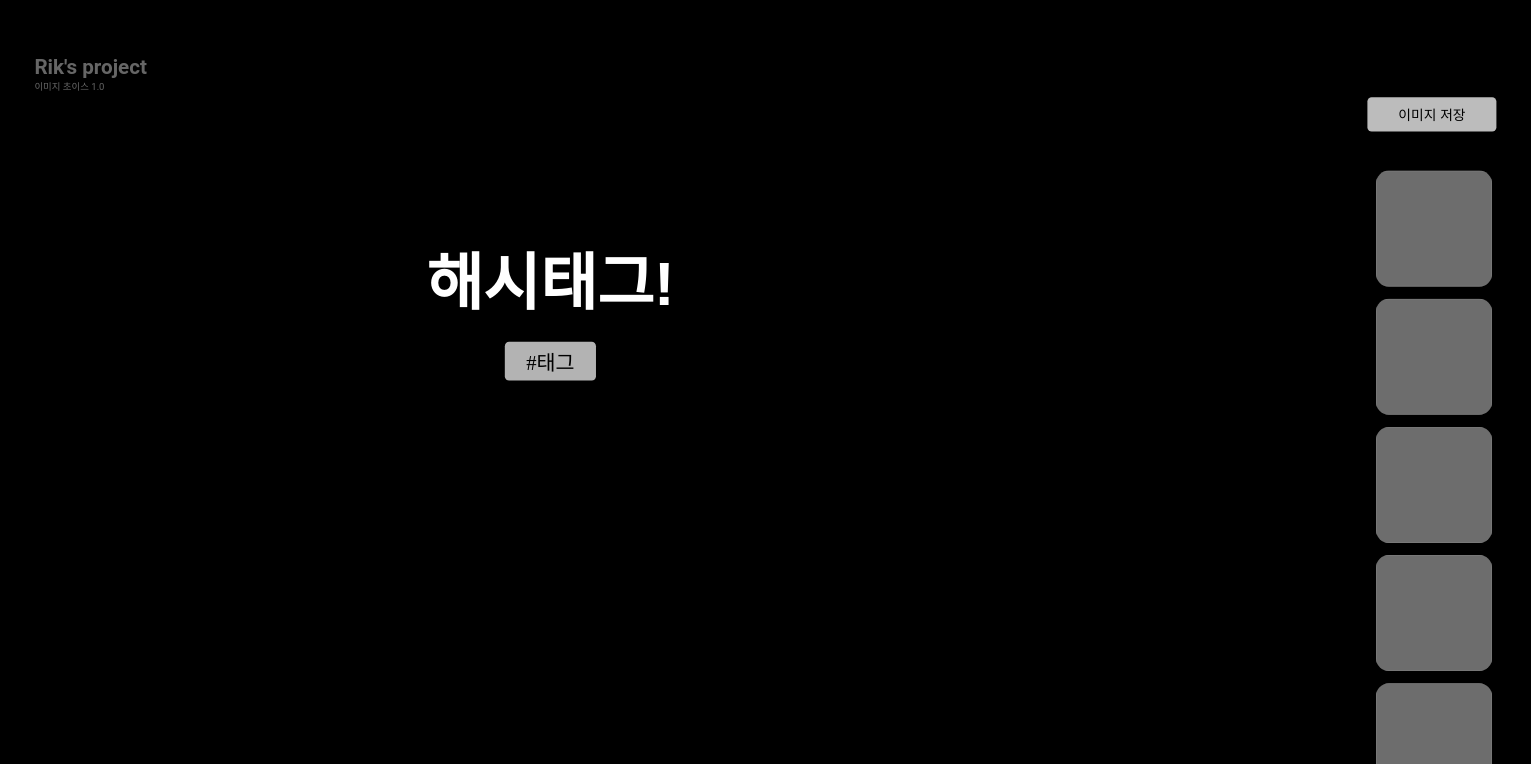
Repository: YoonJoowon/ImageTagPrinter
Page: public/index.html
An editor plug-in stored every save of this project. The page is shown before and after the next save, followed by the edit.
The browser window is 1280 px wide. The page is 1780 px wide, so the pictures cover 1780 px, including what lies to the right of the window. The pictures show the whole page, at 86% of full size.
An inner scrolling area shows only its first screen.

Above is the page before, as saved 2023-05-23 15:39:21.

### public/index.html
<!DOCTYPE html>
<html lang="en">

<head>
  <meta charset="UTF-8">
  <meta http-equiv="X-UA-Compatible" content="IE=edge">
  <meta name="viewport" content="width=device-width, initial-scale=1.0">

  <link rel="preconnect" href="https://fonts.googleapis.com">
  <link rel="preconnect" href="https://fonts.gstatic.com" crossorigin>
  <link href="https://fonts.googleapis.com/css2?family=Libre+Baskerville:ital,wght@0,400;0,700;1,400&display=swap" rel="stylesheet">
  <link rel="stylesheet" href="../src/index.css">
  <script defer src="App.js"></script>

  <link rel="shortcut icon" href="img/favicon.ico" type="image/x-icon">
  <link rel="icon" href="img/favicon.ico" type="image/x-icon">
  <title>검색어를 입력해보세요!</title>
</head>

<section class="wrapper">
  <header>
      <div>
        <a href="https://github.com/YoonJoowon" target="_blank">
          <h1>Rik's project</h1>
          <p>이미지 초이스 1.0</p>
        </a>
      </div>
      <div class="master__panel">
        <button class="btn" id="export">이미지 저장</button>
      </div>
  </header>
</section>

<section class="bar">
  <div class="imgBack"></div>

  <div class="scrollbar">
      <div class="images">
        <img class="image1" onclick="changeBackground(this)">
        <img class="image2" onclick="changeBackground(this)">
        <img class="image3" onclick="changeBackground(this)">
        <img class="image4" onclick="changeBackground(this)">
        <img class="image5" onclick="changeBackground(this)">
        <img class="image6" onclick="changeBackground(this)">
        <img class="image7" onclick="changeBackground(this)">
        <img class="image8" onclick="changeBackground(this)">
        <img class="image9" onclick="changeBackground(this)">
        <img class="image10" onclick="changeBackground(this)">
        <img class="image11" onclick="changeBackground(this)">
      </div>
  </div>
</section>

<body>
  <section class="container">
    <input type="text" class="addTag"  placeholder="해시태그!" >
    <section class="container_tag">
      <!-- container__tag 이거랑 addEventListner랑 관련 있음  -->
      <article class="tag" data-keyword="">
          #태그
    </section>
  </section>
</body>

  <script>
    function changeBackground(imageElement) {
      const imageUrl = imageElement.src;
      document.body.style.backgroundImage = `url(${imageUrl})`;
  }
  </script>
</html>

### src/index.css
* {
  margin: 0;
  padding: 0;
  box-sizing: border-box;
}

a {
  text-decoration: none;
  color: #fff;
}

/* HEADER */

header {
  padding-top: 64px;
  margin-bottom: 35px;
  width: 100%;
  font-family: 'Roboto', sans-serif;
  position: relative;
}

header h1 {
  font-size: 24px;
  color: #ffff;
  margin-left: 40px;
  opacity: 0.4;
  cursor: pointer;
}

header p {
  font-size: 11px;
  color: #ffff;
  margin-left: 40px;
  opacity: 0.4;
  cursor: pointer;
}

header .author {
  position: relative;
  margin-top: 58px;
  height: 48px;
}

header .author img {
  height: 48px;
  border-radius: 50%;
}

header .author .user {
  position: absolute;
  top: 50%;
  left: 65px;
  transform: translateY(-50%);
  font-size: 16px;
  font-weight: 600;

}


  /* BTN */

  .btn {
    width: 150px;
    height: 40px;
    margin-left: 1590px;
    margin-top: 5px;
    border-radius: 5px;
    border: none;
    background-color: #ebebeb;
    opacity: 0.8;
    color: rgb(0, 0, 0);
    font-size: 16px;
    font-weight: 400;
    cursor: pointer;
    transition: background-color 0.2s ease, color 0.2s ease, opacity 0.4s ease, transform 0.4s ease;
    /* float: right; */
  }

  .btn:active {
    transform: scale(1.2);
    opacity: 0.2;
  }
  .btn:hover {
    background-color: rgba(112, 215, 148, 0.7);
    color: #fff;
  }

  /* BACKGROUND */

  .background__btns {
    margin-top: 20px;
    border-top: 1px solid #cacaca;
  }



/* 추가 이미지 */
.bar{
  display: flex;
  position: relative;
}


.scrollbar {
  overflow: auto;
  scroll-margin-top: 00px;
  height: 700px;
  width: 1780px;
  scroll-behavior: smooth;
  opacity: 0.8;
  position: absolute;

}

.scrollbar::-webkit-scrollbar {
  width: 12px;
}

/* Handle */
.scrollbar::-webkit-scrollbar-thumb {
  background: #dcdcdc;
  border-radius: 10px;
}

/* Handle on hover */
.scrollbar::-webkit-scrollbar-thumb:hover {
  background: #8c8c8c;
}


.imgBack{
  width: 170px;
  height: 700px;
  opacity: 0.8;

  border-radius: 20px;
  margin-left: 1582px;
  background-color: #ffffff;
}

img {
  width: 135px;
  height: 135px;
  object-fit: cover;
  margin-right: 20px;
  margin-top: 10px;
  opacity: 0.8;

  cursor: pointer;
  border-radius: 15px;
  background-color: #acacac;
}

.images{
  width: 150px;
  margin-left: 1600px;
}

.images :hover{
  transform: scale(1.1);
  /* ease 부드럽게  transform 변형*/
  /* - 구형브라우저도 동작하기위해 필요 */
  transition: transform 0.3s ease;
  -webkit-transition: transform 0.3s ease;
  -moz-transition: transform 0.3s ease;
  -ms-transition: transform 0.3s ease;
  -o-transition: transform 0.3s ease;
  /* transform: translateY(-35px);
  -webkit-transform: translateX(-35px);
  -moz-transform: translateX(-35px);
  -ms-transform: translateX(-35px);
  -o-transform: translateX(-35px); */
}


/* body */
body {
  position: relative;
  background-color: #000000;
  height: 100vh;
  background-size: cover;
  background-repeat: no-repeat;
  background-position: center;
  /* font-family: 'Libre Baskerville', serif; */
}

.addTag {
  position: relative;
  border: none;
  width: 800px;
  height: 120px;
  text-align: center;
  font-size: 72px;
  /* font-style: ; */
  padding: 0 30px;
  font-weight: 700;
  background: transparent;
  color: #fff;
  text-shadow: 0 1px 6px rgba(0,0,0,0.5);
  font-family: Arial, Helvetica, sans-serif, cursive;
}


input.addTag::placeholder {
  color: #fff;
}

input.addTag::-moz-placeholder,
input.addTag::-webkit-input-placeholder {
  color: #fff;
}

.addTag:focus {
  outline: none;
}


.container {
  position: absolute;
  top: 50%;
  left: 50%;
  padding: 30px 0;
  width: 800px;
  text-align: center;
  border-radius: 15px;
  -webkit-border-radius: 15px;
  -moz-border-radius: 15px;
  -ms-border-radius: 15px;
  -o-border-radius: 15px;
  transform: translate(-50%, -50%);
  -webkit-transform: translate(-50%, -50%);
  -moz-transform: translate(-50%, -50%);
  -ms-transform: translate(-50%, -50%);
  -o-transform: translate(-50%, -50%);
}

.container__tag {
  margin-top: 30px;
}

.tag {
  color: #000;
  display: inline-block;
  cursor: pointer;
  font-size: 24px;
  font-weight: 500;
  background-color: rgba(255,255,255,0.7);
  margin: 8px 4px;
  padding: 5px 25px;
  border-radius: 5px;
  -webkit-border-radius: 5px;
  -moz-border-radius: 5px;
  -ms-border-radius: 5px;
  -o-border-radius: 5px;
  transition: transform 0.3s ease;
  -webkit-transition: transform 0.3s ease;
  -moz-transition: transform 0.3s ease;
  -ms-transition: transform 0.3s ease;
  -o-transition: transform 0.3s ease;
}

.tag:hover {
  color: #fff;
  opacity: 0.8;
  transform: translateY(-5px);
  -webkit-transform: translateY(-5px);
  -moz-transform: translateY(-5px);
  -ms-transform: translateY(-5px);
  -o-transform: translateY(-5px);
  background-color: rgba(112, 215, 148, 0.7);
}

### src/App.js
// "use strict"

// 즉시 실행함수를 사용하여 dataModule 을 생성하고 모듈 내에서 DOM 요소를 가져오는 코드임
const dataModule = (function() {

  // 웹 페이지에서 사용하는 여러 요소를 저장
  const DOM = {
    addTag: document.querySelector('.addTag'),
    container: document.querySelector('.container'),
    tagContainer: document.querySelector('.container_tag'),
    tags: document.querySelectorAll('.tag'),
  };

  return {
    // getDom() 메서드를 정의하고 DOM 객체를 반환 - 모듈 내에서 DOM 객체를 캡슐화하여 다른 모듈에서 간편하게 사용
    getDOM() {
      return DOM;
    },

    // 따라서 다른 모듈에서 dataModule.getDom() 메서드를 호출하여 DOM요소를 가져올 수 있음
  }
})();

const image1 = document.querySelector('.image1');
const image2 = document.querySelector('.image2');
const image3 = document.querySelector('.image3');
const image4 = document.querySelector('.image4');
const image5 = document.querySelector('.image5');
const image6 = document.querySelector('.image6');
const image7 = document.querySelector('.image7');
const image8 = document.querySelector('.image8');
const image9 = document.querySelector('.image9');
const image10 = document.querySelector('.image10');
const image11 = document.querySelector('.image11');

const images = [image1, image2, image3, image4, image5, image6, image7, image8, image9, image10, image11];

// 태그를 활용한 업데이트
const controller = (function(){

  const tagHTML = function (keyword, [R, G, B]) {
    // 매개변수들을 사용하여 article 요소를 생성하고 이 요소를 문자열 형태로 반환
    // 반환되는 문자열을 article 요소의 style 속성값으로 rgba 색상값을 지정 그리고 0.7은 불투명값
    // 즉 tagHTML은 주어진 keyword 와 R, G, B 값을 이용하여 배경색을 가진 HTML 태그를 반환하는 함수 = 일반적으로 태그 검색 및 필터링 등에서 사용
    return `<article style="background-color: rgba(${R}, ${G}, ${B}, 0.7);" class="tag" data-keyword="${keyword}">#${keyword}</article>`
  };

  // min과 max 사이의 랜덤한 정수값을 반환 ex) randomRGB(0, 255)라면 0~255 사이의 랜덤한 값을 반환하여 RGB 색상 호출
  const randomRGB = function(min, max) {
    return Math.floor(Math.random() * (max - min) + 1) + min;
  }

  // 위와 마찬가지로 mix, max 범위내에서 랜덤한 값을 순서대로 push를 통해 arrRGB 배열을 정의 및 반환
  // 일반적으로 색상을 랜덤으로 지정해야 할 때 사용된다. ex) `getRandomRGB(0, 255)` 와 같이 호출하면 그 사이의 값의 색상값을 만들어 냄
  const getRandomRGB = function(min, max) {
    let arrRGB = [];
    arrRGB.push(randomRGB(min, max));
    arrRGB.push(randomRGB(min, max));
    arrRGB.push(randomRGB(min, max));
    return arrRGB;
  }

  // API를 이용한 사진 랜덤기술
  return {

      // searchByTag는 keyword를 매겨번수로 받아들임
      searchByTag(event, keyword){
      fetch(`https://source.unsplash.com/featured/?${keyword.toLowerCase()}`)
      // fetch() 함수를 사용해서 Unplacsh API에서 Keyword에 해당하는 이미지를 가져오는 HTTP 요청
      .then((response) => {
        // 그리고나서 .then() 메서드를 이용해서 응답response 객체를 받아 응답객체의 url 속성을 사용하여 이미지 URL을 가져옴
        // images.push(imageUrl);
        const imageUrl = response.url;
        images[currentIndex].src = imageUrl; // 이미지 URL을 이미지 태그의 src 속성 -이미지경로 에 할당
        images[currentIndex].alt = keyword; // 이미지 태그의 alt - 대체텍스트 속성에 검색어 할당
        // images[currentIndex].classList.add('visible'); // 이미지 태그를 보이게 함

        images[currentIndex].addEventListener('load', () => {


        document.body.style.backgroundImage = `url(${response.url})`;
          // 클릭시 배경이미지 전환

          showNextImage();

        // 이미지를 배열에 추가하고 첫 번째 이미지를 보여주기
        // 그리고 document.body.style.backgroundImage 속성에 할당을 통해 웹페이지의 배경이미지 변경
          });
        });
      },

      addNewTag(target, parentNode) {
        // target 은 HTML input 엘리먼트를 그러니까 원래 지정되어 있는, parentNode은 새로운 태그가 추가될 부모 엘리멘트를 가리킴
        const newColor = getRandomRGB(180, 230);
        // getRandomRGB 함수를 사용하여 랜덤 색을 배정
        const newHTML = tagHTML(target.value, newColor);
        // tagHTML 함수를 사용하여 새로운 태그의 HTML코드 생성
        parentNode.insertAdjacentHTML('beforeend', newHTML);
        // beforeend 위치에 newHTML을 삽입하여 새로운 태그를 추가 - insert 끼워넣다 Adjacent 인접한
        this.searchByTag(null, target.value);
        // 새로운 태그에 해당하는 이미지를 가져와서 웹페이지의 배경 이미지를 변경
        target.value = '';
        // target 엘리먼트 값을 초기화
        target.focus();
        // 포커스로 이동

        // 즉 searchByTag와 addNewTag 메서드를 함께 사용하여 태그를 추가할때마다 해당하는 이미지를 가져와서 배경이미지를 변경할 수 있음.
      },
    }
  })();

  let currentIndex = 0; // 한 번 돌면 위에서 오류가 남

  function showNextImage() {
    // 현재 인덱스 1 증가시키기
    currentIndex++;

    // 배열의 끝에 도달한 경우 처음부터 다시 시작하기
    if (currentIndex >= images.length) {
      currentIndex = 0;
    }

    // 현재 인덱스를 제외한 모든 이미지 태그를 감추기
      // images.forEach((image, index) => {
      //   if (index !== currentIndex) {
      //     image.classList.remove('visible');
      //   }
      // });
    };

  // DOM을 이용한 데이터관리
  const UIController = (function() {

    const DOM = dataModule.getDOM();
    // 맨 위의 dataModule에서 가져온 getDOM() 메서드를 호출하여 DOM요소를 가리키는 객체를 반환

    // DOM.tagContainer 요소에 클릭 이벤트 리스너를 추가. 클릭된 엘리먼트가 tag 클래스를 포함하지 않을 경우 함수 종료
    DOM.tagContainer.addEventListener('click', event => {

      if (!event.target.classList.contains('tag')) return;
      const keyword = event.target.dataset.keyword;
      controller.searchByTag(null, keyword)
      // 1. 만약 클릭된 엘리먼트가 tag 클래스를 포함하고 있다면,
      // 2. 클릭된 태그의 data-keyword 속성값을 keyword 변수에 저장하고
      // 3. controller.searchByTag() 메서드를 호출하여 해당키워드에 맞는 이미지 호출
    });

    // DOM.addTag 요소에 키다운 이벤트리스너 추가
    DOM.addTag.addEventListener('keydown', e => {
      if (e.key === 'Enter') {
        controller.addNewTag(e.target, DOM.tagContainer);
      }
    })
    // 1. 만약 눌린 키가 Enter 일 경우 controller.addNewTag() 메서드를 호출
    // 2. 이 메서드는 Dom.addTag 요소의 값을 가져와서 새로운 태그 생성
    // 3. 해당 태그에 맞는 이미지를 가져와 웹페이지의 배경 이미지 변경

    // 4. 마지막으로 DOM.addTag 요소에 포커스를 설정
    DOM.addTag.focus();

    // UIController 모듈은 DOM 요소에 이벤트 리스너를 추가하여 사용자 인터페이스를 제어
    // 사용자가 태그를 클릭하거나 새로운 추가할때마다 해당 키워드에 맞는 이미지를 가져와서 웹 페이지의 배경이미지를 변경
  })();


  // 이미지 저장
  const button = document.getElementById('export');
  const body = document.body;

  button.addEventListener('click', () => {
    const backgroundImageUrl = getComputedStyle(body).backgroundImage.slice(4, -1).replace(/"/g, ""); // 배경 이미지 URL 추출
    // url("이미지 파일 경로") = slice(4, -1)은 문자열의 첫 4글자(`"url("`)과 마지막 글자 (`")"`를 제거함.) - 배경이미지 url 추출할 때 많이 사용
    // replace는 문자열에서 모든 큰따옴표를 제거
    const link = document.createElement("a"); // a 태그 생성 - 하이퍼링크 설정할때
    link.href = backgroundImageUrl; // 다운로드 링크 지정 - 링크주소 설정할때

    link.download = "background.jpg"; // 파일 이름 지정
    // link.style.display = "none"; // 화면에 표시하지 않도록 설정
    // document.body.appendChild(link); // body에 a 태그 추가
    // link.click(); // 클릭 이벤트 발생

    // <a href=""> 즉 이거 설정해서 이미지 링크로 이동하게 해줌
    const popup = window.open('', 'popup', 'width=1280, height=860');
    popup.document.write('<img src="' + link.href + '" width="100%" />')

  });

  // const captureModal = document.querySelector('.capture_modal');

  // const captureExport = function () {
  //   html2canvas(document.querySelector('#capture'), {
  //     logging: true,
  //     letterRendering: 1,
  //     allowTaint: true,
  //     useCORS: true,
  //   }).then((canvas) => {
  //     captureModal.appendChild(canvas).classList.add('canvas');
  //   });

  //   mod.forEach((e) => e.classList.remove('hidden'));
  // };

  // const removeCapture = function () {
  //   captureModal.removeChild(captureModal.firstElementChild);

  //   mod.forEach((e) => e.classList.add('hidden'));
  // };

  // produceImageBtn.addEventListener('click', captureExport);
  // overlay.addEventListener('click', removeCapture);
  // window.addEventListener('keydown', (e) => {
  //   if (e.key === 'Escape') {
  //     removeCapture();
  //   }
  // });

  // export default App;

After the next save:
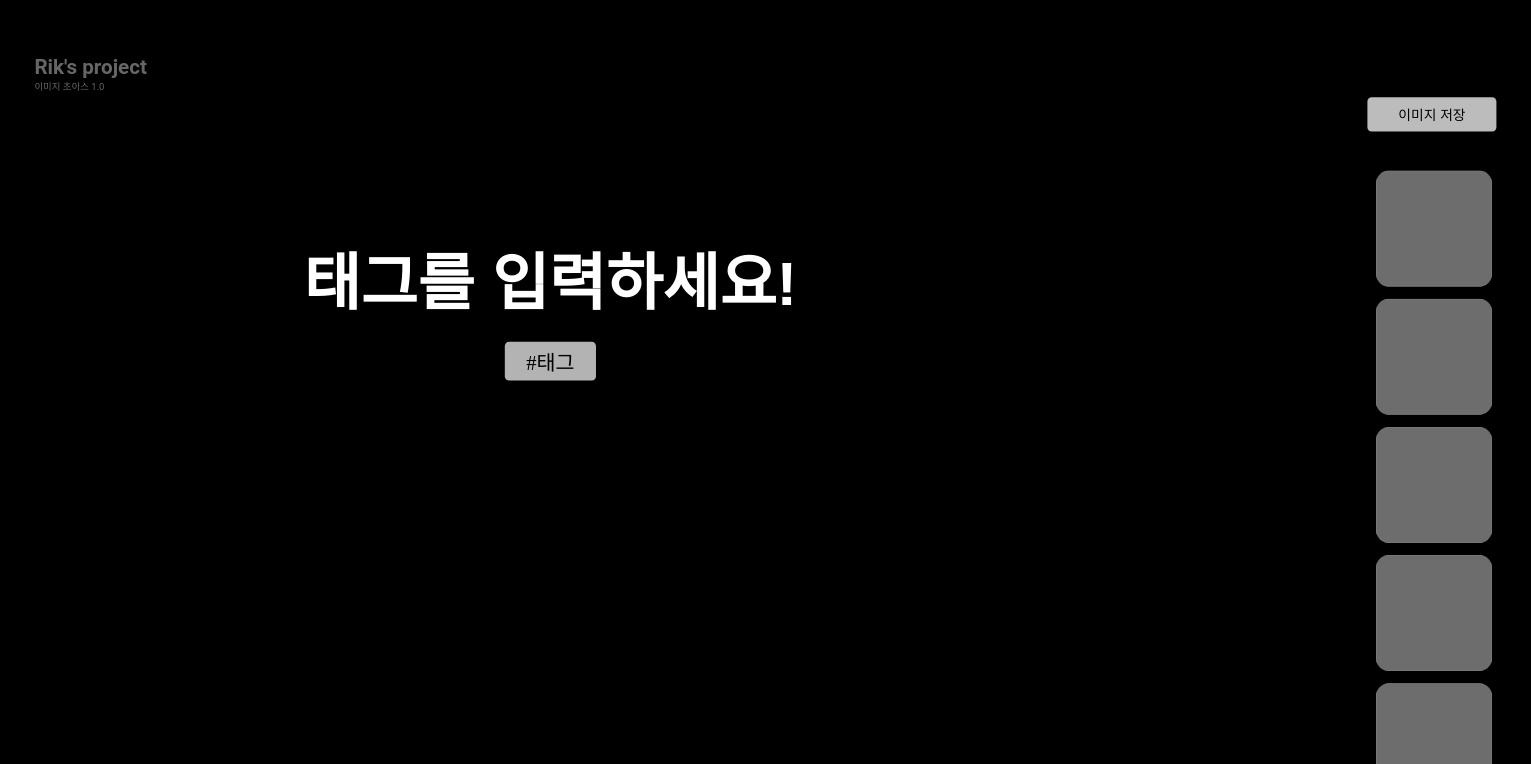
Saved 28 s later.
--- a/public/index.html
+++ b/public/index.html
@@ -53,7 +53,7 @@
 
 <body>
   <section class="container">
-    <input type="text" class="addTag"  placeholder="해시태그!" >
+    <input type="text" class="addTag"  placeholder="태그를 입력하세요!" >
     <section class="container_tag">
       <!-- container__tag 이거랑 addEventListner랑 관련 있음  -->
       <article class="tag" data-keyword="">
